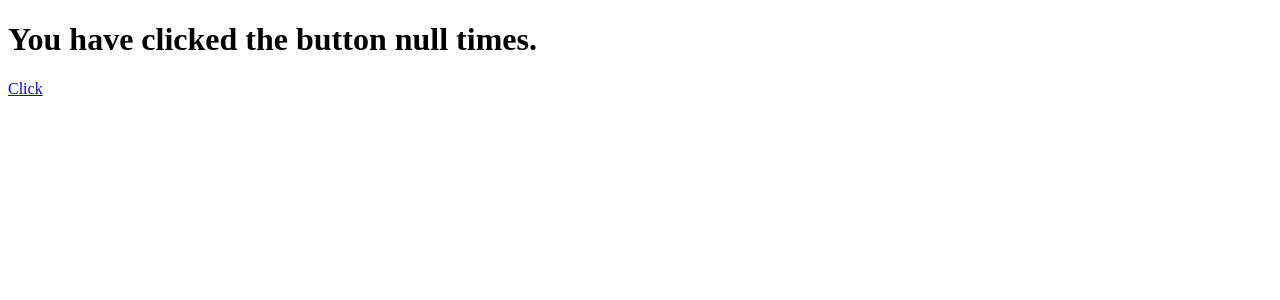
Repository: bchang1213/javaEE
Page: http://localhost/ButtonClicker/Home
These files come from the project's save history. The page is drawn as it stood at one moment and after the next save; the edit follows.
The browser window is 1280 px wide. The pictures show the whole page.
The page is served by Tomcat 9. Other server files are loaded and not shown.

Above is the page before, as saved 2017-10-06 21:23:46.

### ButtonClicker/WebContent/WEB-INF/views/ButtonClicker.jsp
<%@ page language="java" contentType="text/html; charset=UTF-8"
    pageEncoding="UTF-8"%>
<!DOCTYPE html PUBLIC "-//W3C//DTD HTML 4.01 Transitional//EN" "http://www.w3.org/TR/html4/loose.dtd">
<html>
<head>
<meta http-equiv="Content-Type" content="text/html; charset=UTF-8">
<title>Button Clicker</title>
</head>
<body>
	<h1>You have clicked the button <%= session.getAttribute("click") %> times. </h1>
	<a href="ButtonControl">Click</a>
</body>
</html>

### ButtonClicker/src/com/brianchang/buttonclicker/controllers/Home.java
package com.brianchang.buttonclicker.controllers;

import java.io.IOException;

import javax.servlet.RequestDispatcher;
import javax.servlet.ServletException;
import javax.servlet.annotation.WebServlet;
import javax.servlet.http.HttpServlet;
import javax.servlet.http.HttpServletRequest;
import javax.servlet.http.HttpServletResponse;
import javax.servlet.http.HttpSession;

/**
 * Servlet implementation class Home
 */
@WebServlet("/Home")
public class Home extends HttpServlet {
	private static final long serialVersionUID = 1L;

    /**
     * @see HttpServlet#HttpServlet()
     */
    public Home() {
        super();
        // TODO Auto-generated constructor stub
    }

	/**
	 * @see HttpServlet#doGet(HttpServletRequest request, HttpServletResponse response)
	 */
	protected void doGet(HttpServletRequest request, HttpServletResponse response) throws ServletException, IOException {
		//Creating a session.
		HttpSession session = request.getSession();
		Integer count = (Integer) session.getAttribute("click");
		session.setAttribute("click", count);
		RequestDispatcher view = request.getRequestDispatcher("/WEB-INF/views/ButtonClicker.jsp");
		view.forward(request, response);
	}

	/**
	 * @see HttpServlet#doPost(HttpServletRequest request, HttpServletResponse response)
	 */
	protected void doPost(HttpServletRequest request, HttpServletResponse response) throws ServletException, IOException {
		// TODO Auto-generated method stub
		doGet(request, response);
	}

}

After the next save:
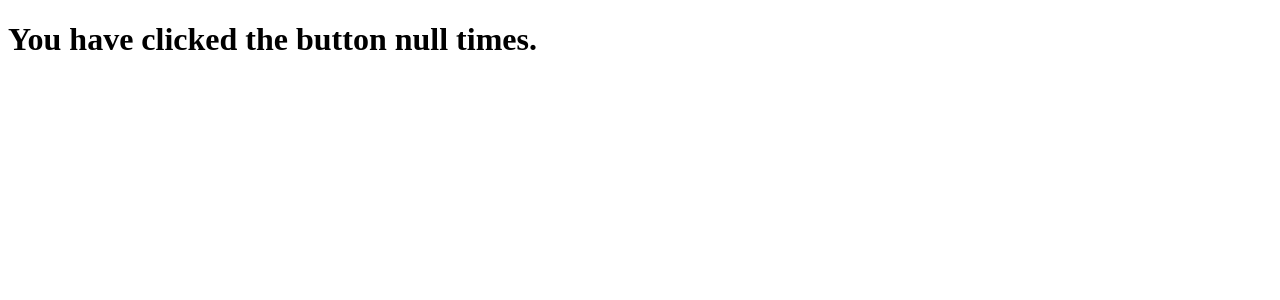
Saved 81 s later.
--- a/ButtonClicker/WebContent/WEB-INF/views/ButtonClicker.jsp
+++ b/ButtonClicker/WebContent/WEB-INF/views/ButtonClicker.jsp
@@ -8,6 +8,8 @@
 </head>
 <body>
 	<h1>You have clicked the button <%= session.getAttribute("click") %> times. </h1>
-	<a href="ButtonControl">Click</a>
+	<form action="/ButtonControl">
+
+	</form>
 </body>
 </html>
